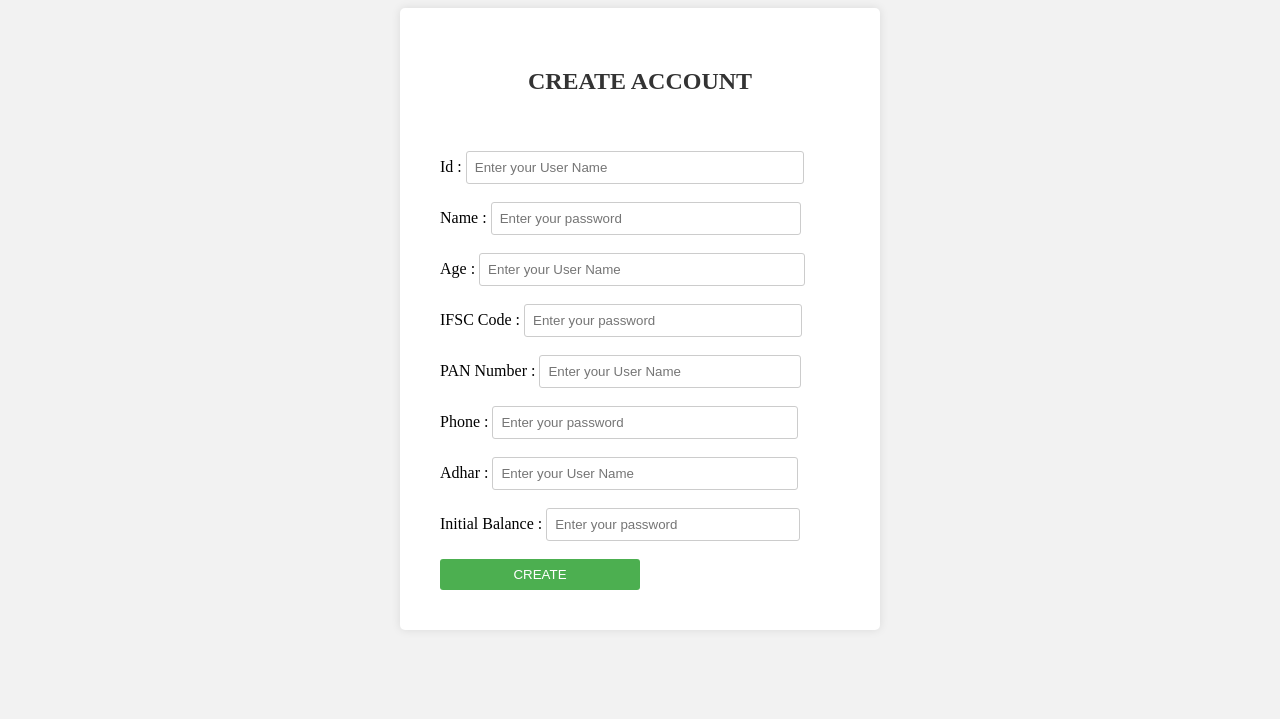
Repository: mansistic-0n3/Java_IGT
Page: Java Project/BankJSP/src/main/webapp/WEB-INF/create.html
The author's editor kept a copy of each file at every save. The page is drawn from the files as they stood at one save, then again after the next save.
The browser window is 1280 px wide. The pictures show the whole page.

Above is the page before, as saved 2023-06-28 20:36:48.

After the next save:
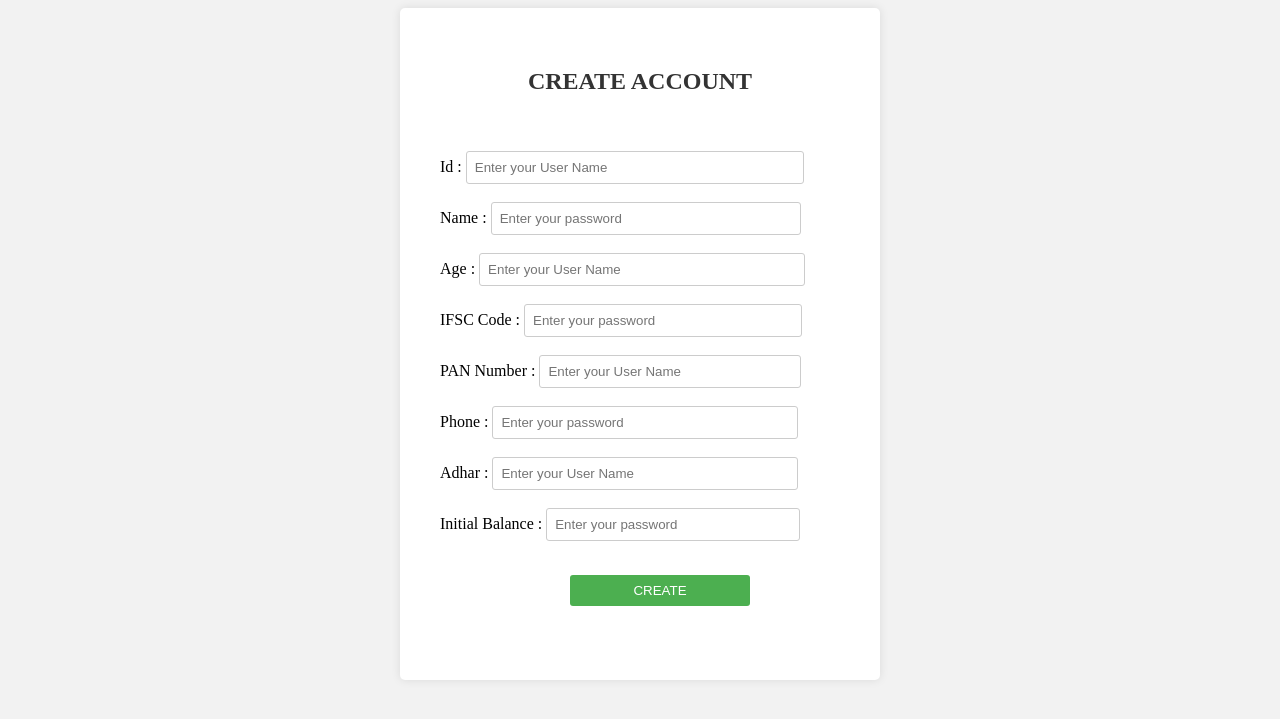
Saved 2 min 16 s later.
--- a/Java Project/BankJSP/src/main/webapp/WEB-INF/create.html
+++ b/Java Project/BankJSP/src/main/webapp/WEB-INF/create.html
@@ -23,9 +23,9 @@
         Adhar : <input type="text" name="adhar" placeholder="Enter your User Name" style="width: 72%; padding: 8px; border-radius: 3px; border: 1px solid #cccccc;">
       <br><br>
         Initial Balance : <input type="text" name="ibal" placeholder="Enter your password" style="width: 59%; padding: 8px; border-radius: 3px; border: 1px solid #cccccc;">
-      <br><br>
-        <button type="submit" style="width: 50%;text-align: center; padding: 8px; border-radius: 3px; border: none; background-color: #4CAF50; color: #ffffff; cursor: pointer;">CREATE</button>
-      <br>
+      <br><br><dir style="text-align: center;">
+        <button type="submit" style="width: 50%; padding: 8px; border-radius: 3px; border: none; background-color: #4CAF50; color: #ffffff; cursor: pointer;">CREATE</button>
+      </dir><br>
     </form>
   </div>
 </body>
